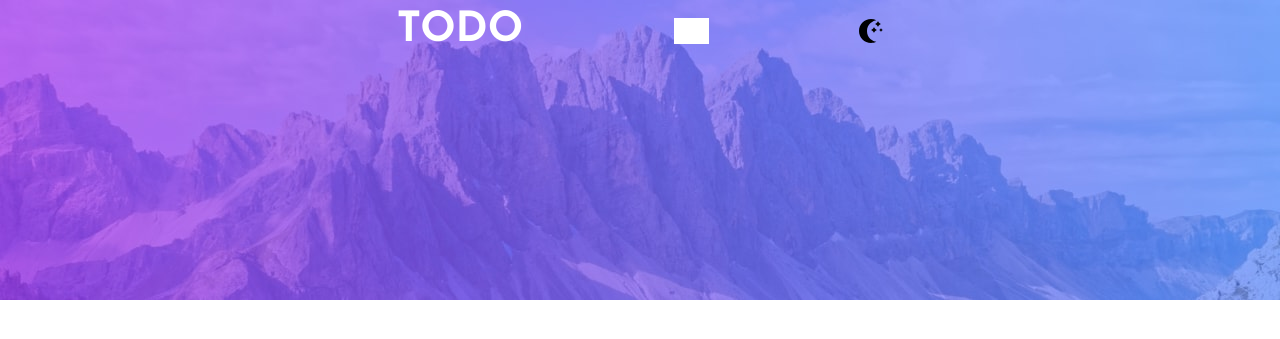
Repository: ikram-lisa/todo-list
Page: /
These files come from the project's save history. The page is drawn as it stood at one moment and after a run of saves; the edit follows.
The browser window is 1280 px wide. The pictures show the whole page.
Pictures or frames that could not be fetched are drawn as grey boxes. The project was rebuilt for these pictures with package versions that can differ from the ones it lists, and the page was loaded fresh each time. Also part of the build but not shown: vite.config.js.

Above is the page before, as saved 2024-05-14 22:28:13.

### src/main.jsx
import React from "react";
import ReactDOM from "react-dom/client";
import App from "./App.jsx";
import "./css/style.scss";
ReactDOM.createRoot(document.getElementById("root")).render(
  <React.StrictMode>
    <App />
  </React.StrictMode>
);

### src/App.jsx
import Defaultlayout from "./layout/defaultlayout";
import Todolist from "./pages/Todolist";
const App = () => {
  return (
    <>
      <Defaultlayout>
        <Todolist />
      </Defaultlayout>
    </>
  );
};
export default App;

### src/css/style.scss
@use "./base/fonts";
@use "./base/variable" as *;

@tailwind base;
@tailwind components;
@tailwind utilities;

body {
  font-size: 18px;
  font-family: "Josefin Sans", sans-serif;
  font-weight: 400;
}

.bg-light-theme {
  background-image: url("../assets/images/bg-desktop-light.jpg");
  background-position: center;
  background-size: cover;
  position: relative;
  overflow-x: hidden;
  overflow-y: hidden;
  width: 100%;
  height: 300px;
}

.bg-dark-theme {
  background-image: url("../assets/images/bg-desktop-dark.jpg");
  background-position: center;
  background-size: cover;
  position: relative;
  overflow-x: hidden;
  overflow-y: hidden;
  width: 100%;
  height: 300px;
}
.theme-content {
  width: 38%;
  margin: 0 auto;
  h1 {
    font-weight: 700;
    color: white;
    font-size: 2.6rem;
  }
  img {
    width: 100%;
    max-width: 35px;
    height: auto;
    display: block;
    cursor: pointer;
    filter: brightness(1000%) contrast(100%);
  }
}

### src/layout/defaultlayout.jsx
const defaultlayout = ({ children }) => {
  return (
    <>
      <section>{children}</section>
    </>
  );
};
export default defaultlayout;

### src/pages/Todolist.jsx
import { useState } from "react";
import Light from "../assets/images/light.svg";
import Dark from "../assets/images/dark.svg";

const Todolist = () => {
  const [theme, setTheme] = useState("light");
  const handleToggle = () => {
    setTheme(theme === "light" ? "dark" : "light");
  };
  return (
    <>
      <section
        className={`theme  ${
          theme === "light" ? "bg-light-theme" : "bg-dark-theme"
        } `}
      >
        <div className="theme-content flex justify-between items-center">
          <h1>TODO</h1>
          <img src="../assets/images/moon.svg" alt="" />
          <button onClick={handleToggle}>
            {theme === "light" ? (
              <img src={Dark} alt="dark mode" />
            ) : (
              <img src={Light} alt="light mode" />
            )}
          </button>
        </div>
      </section>
    </>
  );
};
export default Todolist;

### src/css/base/_fonts.scss
@import url("https://fonts.googleapis.com/css2?family=Josefin+Sans:ital,wght@0,100..700;1,100..700&family=Kumbh+Sans:wght@100..900&family=Montserrat:ital,wght@0,100..900;1,100..900&family=Open+Sans:ital,wght@0,400;0,600;0,700;0,800;1,400;1,700;1,800&family=Poppins:ital,wght@0,200;0,300;0,400;0,500;0,600;0,700;0,800;0,900;1,100;1,200;1,300;1,400;1,500;1,600;1,700;1,800;1,900&display=swap");

### src/css/base/_variable.scss
// ### Light Theme

$VeryLightGray: hsl(0, 0%, 98%);
$VeryLightGrayishBlue: hsl(236, 33%, 92%);
$LightGrayishBlue: hsl(233, 11%, 84%);
$DarkGrayishBlue: hsl(236, 9%, 61%);
$VeryDarkGrayishBlue: hsl(235, 19%, 35%);

// ### Dark Theme

$VeryDarkBlue: hsl(235, 21%, 11%);
$VeryDarkBlue: hsl(235, 24%, 19%);
$LightGrayishBlue: hsl(234, 39%, 85%);
$LightGrayishBlue: hsl(236, 33%, 92%);
$DarkGrayishBlue: hsl(234, 11%, 52%);
$VeryDarkGrayishBlue: hsl(233, 14%, 35%);
$VeryDarkGrayishBlue: hsl(237, 14%, 26%);

Loaded but not shown: index.html (common file); tailwind.config.js (1075 lines, source omitted)

After the next 2 saves:
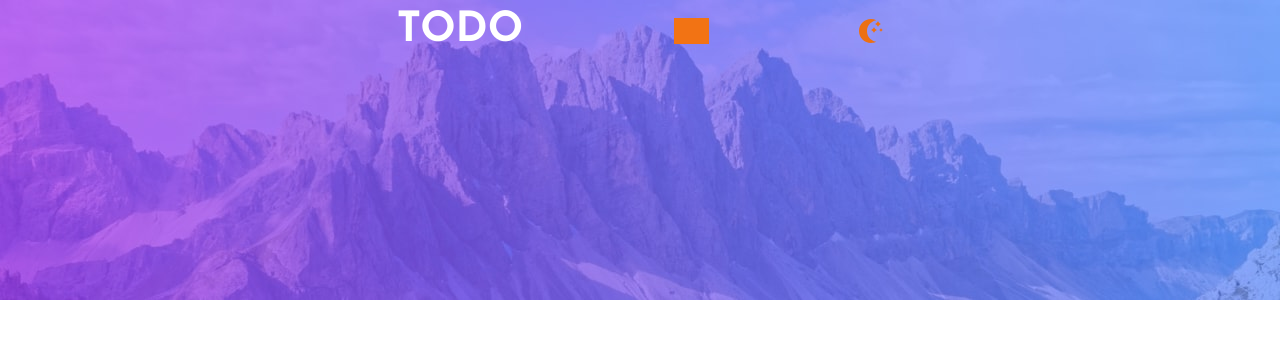
The 2 saves are shown as one change because 1 did not build or start.
The last was saved 68 s later.
--- a/src/css/style.scss
+++ b/src/css/style.scss
@@ -46,6 +46,7 @@ body {
     height: auto;
     display: block;
     cursor: pointer;
-    filter: brightness(1000%) contrast(100%);
+    filter: invert(49%) sepia(19%) saturate(25.5) hue-rotate(-12deg)
+      brightness(99%);
   }
 }
